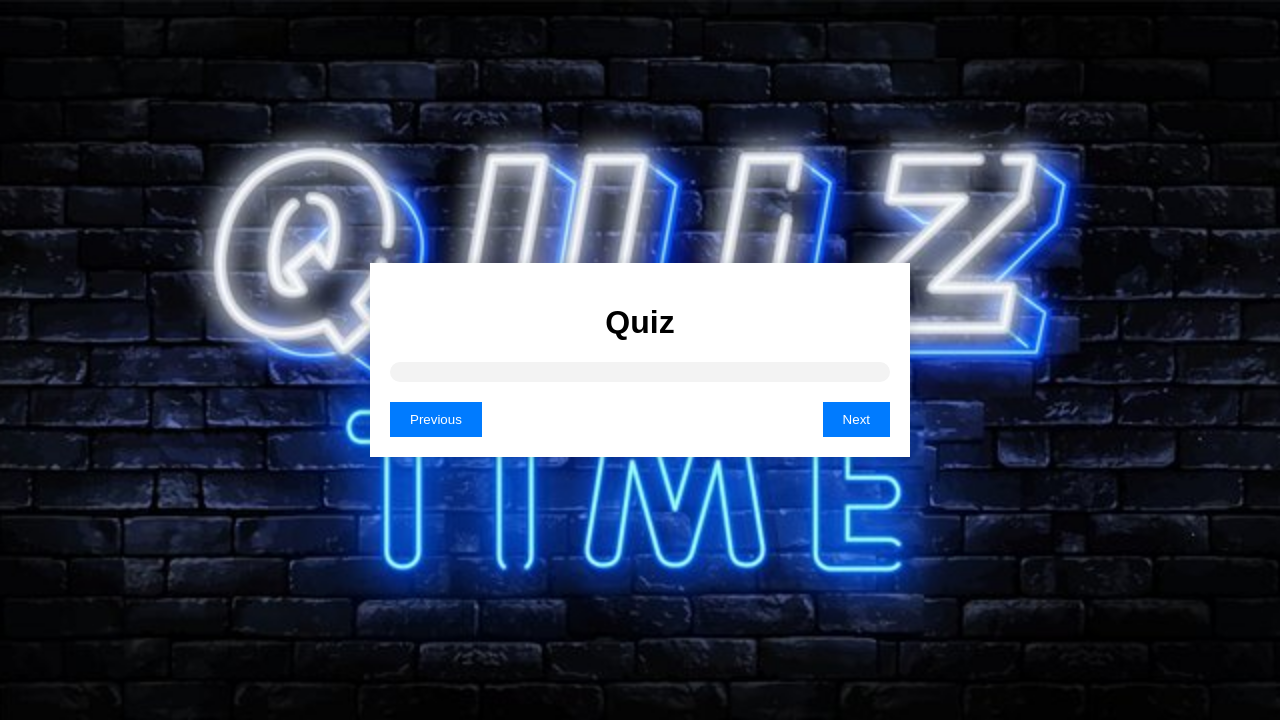
Repository: Tobby004/basic-quiz
Page: index.html
An editor plug-in stored every save of this project. The page is shown before and after the next save, followed by the edit.
The browser window is 1280 px wide. The pictures show the whole page.
The page's requests for data from a server got no answer.

Above is the page before, as saved 2023-07-31 14:54:00.
Console error: TypeError: Cannot read properties of undefined (reading 'question')

### index.html
<!DOCTYPE html>
<html lang="en">
<head>
    <meta charset="UTF-8">
    <meta http-equiv="X-UA-Compatible" content="IE=edge">
    <meta name="viewport" content="width=device-width, initial-scale=1.0">
    <title>Document</title>
    <link rel="stylesheet" href="style.css">
</head>
<body>
    <div id="quiz-container">
        <h1 class="title">Quiz</h1>
        <div id="timer"></div>
        <div class="progress-bar">
            <div id="progress" class="progress"></div>
        </div>
        <h2 id="question"></h2>
        <div id="choices"></div>
        <div class="buttons">
            <button id="prev">Previous</button>
            <button id="next">Next</button>
        </div>
    </div>
    <div id="result" style="display: none;">
        <h2 id="score"></h2>
    </div>
    <script src="main.js"></script>
</body>
</html>

### style.css
body {
    display: flex;
    justify-content: center;
    align-items: center;
    height: 100vh;
    margin: 0;
    background-color: #f9f9f9;
    font-family: Arial, sans-serif;

        /* Use a background image and set it to cover the entire element */
    background-image: url('quiz-img.jpeg');
    background-size: cover;
    background-repeat: no-repeat;
    background-position: center center;

}

.title {
    text-align: center;
}

#quiz-container {
    box-shadow: 0 0 10px 2px rgba(0, 0, 0, 0.1);
    padding: 20px;
    background-color: white;
    max-width: 500px;
    width: 100%;
}

.progress-bar {
    width: 100%;
    height: 20px;
    background-color: #f3f3f3;
    border-radius: 10px;
    margin-bottom: 20px;
}

.progress {
    height: 100%;
    background-color: #4CAF50;
    width: 0;  /* Initial width - gets updated by JavaScript */
}

#question {
    margin-bottom: 20px;
}

#choices {
    margin-bottom: 20px;
}

.buttons {
    display: flex;
    justify-content: space-between;
}

button {
    padding: 10px 20px;
    background-color: #007BFF;
    color: white;
    border: none;
    cursor: pointer;
}

button:hover {
    background-color: #0056b3;
}

button:disabled {
    background-color: #cccccc;
    cursor: not-allowed;
}

### main.js
var questions = [];
var currentQuestion = 0;
var score = 0;
var totQuestions = 0;
var timeRemaining = 0;  // Will be set after fetching questions

var quizContainer = document.getElementById('quiz-container');
var questionEl = document.getElementById('question');
var choicesEl = document.getElementById('choices');
var nextButton = document.getElementById('next');
var prevButton = document.getElementById('prev');
var resultCont = document.getElementById('result');
var retryButton;
var progressBar = document.getElementById('progress');
var scoreEl = document.getElementById('score');
var timerEl = document.getElementById('timer');

fetch('https://opentdb.com/api.php?amount=15&category=17&difficulty=medium&type=multiple')
    .then(response => response.json())
    .then(data => {
        questions = data.results.map(item => ({
            question: item.question,
            choices: [...item.incorrect_answers, item.correct_answer],
            answer: item.correct_answer
        }));

        // Shuffle choices for each question
        questions.forEach(question => {
            for (let i = question.choices.length - 1; i > 0; i--) {
                const j = Math.floor(Math.random() * (i + 1));
                [question.choices[i], question.choices[j]] = [question.choices[j], question.choices[i]];
            }

            // After shuffling, find the correct answer index
            question.answer = question.choices.indexOf(question.answer);
        });

        // Now you have your questions array ready
        totQuestions = questions.length;

        // Set time remaining based on number of questions (30 seconds per question)
        timeRemaining = totQuestions * 30;

        // Load the first question
        loadQuestion(currentQuestion);
    })
    .catch(error => console.error(error));

function loadQuestion (questionIndex) {
    var q = questions[questionIndex];
    questionEl.textContent = (questionIndex + 1) + '. ' + q.question;
    choicesEl.innerHTML = '';
    var buttonColors = ["#007BFF", "#28a745", "#dc3545", "#ffc107"]; // blue, green, red, yellow
    var choicesLabels = ["A", "B", "C", "D"];
    for(var i = 0; i < q.choices.length; i++) {
        var choice = document.createElement("button");
        choice.textContent = choicesLabels[i] + ': ' + q.choices[i];
        choice.id = 'btn' + i;
        choice.style.backgroundColor = buttonColors[i];
        choicesEl.appendChild(choice);
        choice.addEventListener("click", function(){
            var selectedChoiceId = this.id;
            var selectedChoiceIndex = parseInt(selectedChoiceId.replace('btn',''));
            if(selectedChoiceIndex === q.answer){
                score++;
            }
            currentQuestion++;
            if(currentQuestion == totQuestions - 1){
                nextButton.textContent = 'Finish';
            }
            if(currentQuestion == totQuestions){
                endQuiz();
                return;
            }
            loadQuestion(currentQuestion);
        });
    }

    // Update progress bar
    progressBar.style.width = ((questionIndex + 1) / totQuestions * 100) + '%';

    // Start timer
    startTimer();
}

function startTimer() {
    timerEl.textContent = 'Time Remaining: ' + timeRemaining + ' seconds';
    var timer = setInterval(function() {
        timeRemaining--;
        timerEl.textContent = 'Time Remaining: ' + timeRemaining + ' seconds';
        if (timeRemaining <= 0) {
            clearInterval(timer);
            endQuiz();
        }
    }, 1000);
}

function loadPreviousQuestion() {
    if(currentQuestion > 0){
        currentQuestion--;
        loadQuestion(currentQuestion);
    }
}

function endQuiz() {
    quizContainer.style.display = 'none';
    resultCont.style.display = '';
    scoreEl.textContent = 'Your Score: ' + score;
    retryButton = document.createElement("button");
    retryButton.textContent = 'Try Again';
    retryButton.style.backgroundColor = '#007BFF';
    retryButton.style.color = 'white';
    retryButton.style.cursor = 'pointer';
    resultCont.appendChild(retryButton);
    retryButton.addEventListener("click", resetQuiz);
}

function resetQuiz() {
    resultCont.style.display = 'none';
    retryButton.remove();
    score = 0;
    currentQuestion = 0;
    nextButton.textContent = 'Next';
    quizContainer.style.display = '';
    timeRemaining = totQuestions * 30;
    fetchQuestions();
}

loadQuestion(currentQuestion);

nextButton.addEventListener("click", function(){
    if(currentQuestion < totQuestions - 1){
        currentQuestion++;
        loadQuestion(currentQuestion);
    } else if(currentQuestion == totQuestions - 1){
        endQuiz();
    }
});

prevButton.addEventListener("click", loadPreviousQuestion);

After the next save:
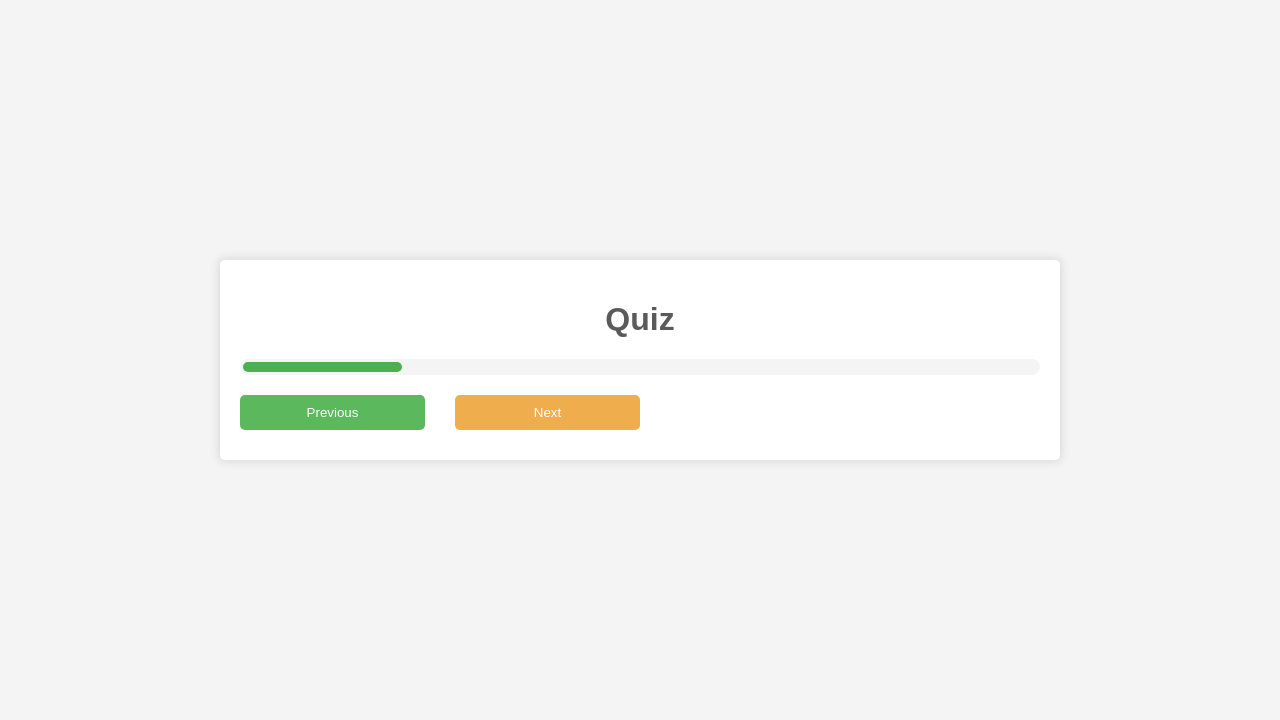
The error is gone.
Saved 12 h 6 min later.
--- a/style.css
+++ b/style.css
@@ -1,72 +1,91 @@
 body {
+    font-family: Arial, sans-serif;
+    margin: 0;
+    padding: 0;
+    background-color: #f4f4f4;
     display: flex;
     justify-content: center;
     align-items: center;
     height: 100vh;
-    margin: 0;
-    background-color: #f9f9f9;
-    font-family: Arial, sans-serif;
-
-        /* Use a background image and set it to cover the entire element */
-    background-image: url('quiz-img.jpeg');
-    background-size: cover;
-    background-repeat: no-repeat;
-    background-position: center center;
-
-}
-
-.title {
-    text-align: center;
 }
 
 #quiz-container {
-    box-shadow: 0 0 10px 2px rgba(0, 0, 0, 0.1);
+    width: 80%;
+    max-width: 800px;
+    background-color: white;
     padding: 20px;
-    background-color: white;
-    max-width: 500px;
-    width: 100%;
+    border-radius: 5px;
+    box-shadow: 0px 0px 10px 2px rgba(0, 0, 0, 0.1);
 }
 
-.progress-bar {
-    width: 100%;
-    height: 20px;
-    background-color: #f3f3f3;
-    border-radius: 10px;
-    margin-bottom: 20px;
+button {
+    display: block;
+    width: 60%;
+    padding:10px;
+    margin-bottom: 10px;
+    color: #fff;
+    border: none;
+    border-radius: 5px;
+    cursor: pointer;
 }
-
-.progress {
-    height: 100%;
-    background-color: #4CAF50;
-    width: 0;  /* Initial width - gets updated by JavaScript */
-}
-
-#question {
-    margin-bottom: 20px;
-}
-
-#choices {
-    margin-bottom: 20px;
+.button:hover {
+    /* Add your hover styles here */
+    background-color: #555555;
+    color: white;
+    transition: all 3s;
 }
 
 .buttons {
     display: flex;
     justify-content: space-between;
+    width: 50%;
+    gap: 30px;
+}
+#prev {
+    background-color: #5cb85c;
 }
 
-button {
-    padding: 10px 20px;
-    background-color: #007BFF;
-    color: white;
-    border: none;
-    cursor: pointer;
+#next {
+    background-color: #f0ad4e;
+}
+#choice {
+    width: 50%;
 }
 
-button:hover {
-    background-color: #0056b3;
+.title {
+    text-align: center;
+    color: #5a5a5a;
 }
 
-button:disabled {
-    background-color: #cccccc;
-    cursor: not-allowed;
+#timer, #score {
+    text-align: center;
+    font-size: 24px;
+    margin-bottom: 20px;
 }
+
+.progress-bar {
+    background-color: #f4f4f4;
+    border-radius: 13px;
+    padding: 3px;
+}
+
+.progress {
+    background-color: #4CAF50;
+    width: 20%;
+    height: 10px;
+    border-radius: 10px;
+}
+
+@media screen and (max-width: 600px) {
+    #quiz-container {
+        width: 100%;
+    }
+
+    button {
+        padding: 5px 10px;
+    }
+
+    h1, h2 {
+        font-size: 1.2rem;
+    }
+}
--- a/main.js
+++ b/main.js
@@ -2,7 +2,8 @@ var questions = [];
 var currentQuestion = 0;
 var score = 0;
 var totQuestions = 0;
-var timeRemaining = 0;  // Will be set after fetching questions
+var timeRemaining = 0; // Will be set after fetching questions
+var selectedChoices = []; // Keep track of selected choices for each question
 
 var quizContainer = document.getElementById('quiz-container');
 var questionEl = document.getElementById('question');
@@ -15,7 +16,7 @@ var progressBar = document.getElementById('progress');
 var scoreEl = document.getElementById('score');
 var timerEl = document.getElementById('timer');
 
-fetch('https://opentdb.com/api.php?amount=15&category=17&difficulty=medium&type=multiple')
+fetch('https://opentdb.com/api.php?amount=10&type=multiple')
     .then(response => response.json())
     .then(data => {
         questions = data.results.map(item => ({
@@ -61,19 +62,23 @@ function loadQuestion (questionIndex) {
         choice.addEventListener("click", function(){
             var selectedChoiceId = this.id;
             var selectedChoiceIndex = parseInt(selectedChoiceId.replace('btn',''));
+
+            // Save the selected choice
+            selectedChoices[currentQuestion] = selectedChoiceIndex;
+
+            // Check answer and update score
             if(selectedChoiceIndex === q.answer){
                 score++;
             }
-            currentQuestion++;
-            if(currentQuestion == totQuestions - 1){
-                nextButton.textContent = 'Finish';
-            }
-            if(currentQuestion == totQuestions){
-                endQuiz();
-                return;
-            }
-            loadQuestion(currentQuestion);
+
+            // Do not automatically move to the next question
         });
+    }
+
+    // Check if a choice has been selected for this question, and highlight it
+    var selectedChoice = selectedChoices[questionIndex];
+    if (selectedChoice !== undefined) {
+        document.getElementById('btn' + selectedChoice).classList.add('selected');
     }
 
     // Update progress bar
@@ -126,13 +131,12 @@ function resetQuiz() {
     fetchQuestions();
 }
 
-loadQuestion(currentQuestion);
-
+// Add event listeners for Next and Previous buttons
 nextButton.addEventListener("click", function(){
     if(currentQuestion < totQuestions - 1){
         currentQuestion++;
         loadQuestion(currentQuestion);
-    } else if(currentQuestion == totQuestions - 1){
+    } else {
         endQuiz();
     }
 });
